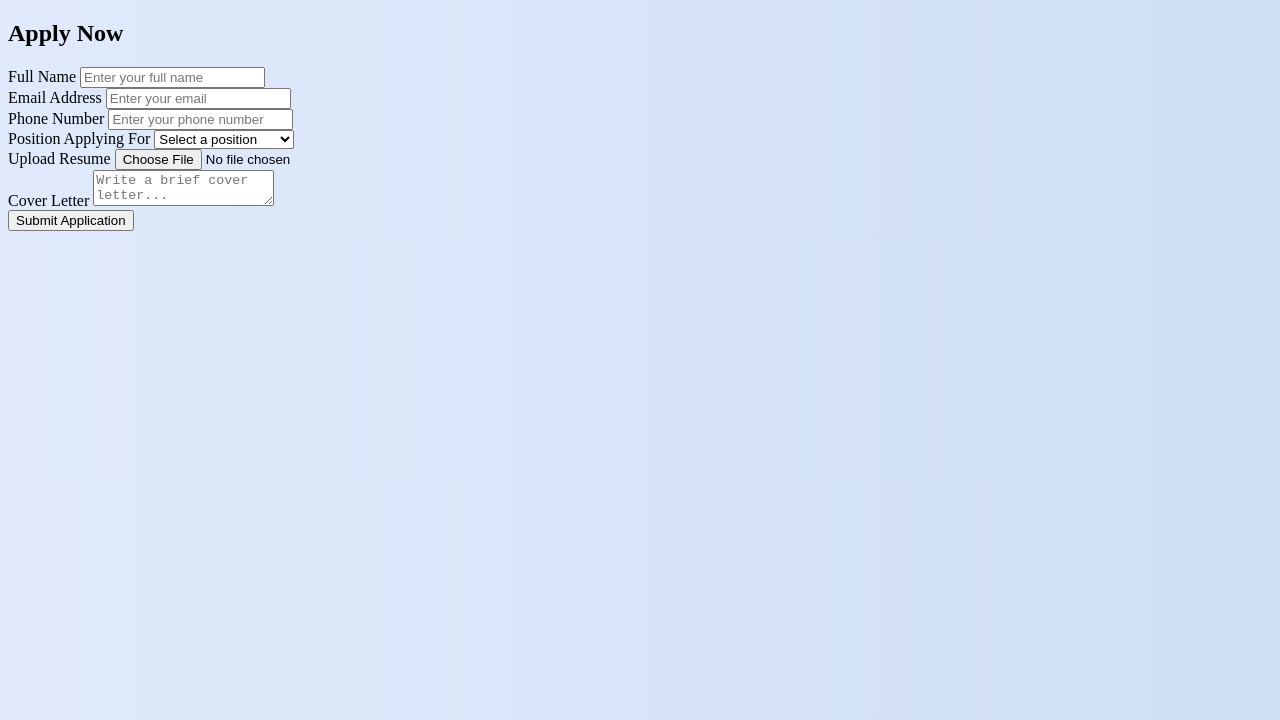
Repository: abhibkop27/CIMDR
Page: src/interview_form.html
These files come from the project's save history. The page is drawn as it stood at one moment and after the next save; the edit follows.
The browser window is 1280 px wide. The pictures show the whole page.

Above is the page before, as saved 2025-01-20 15:49:07.

After the next save:
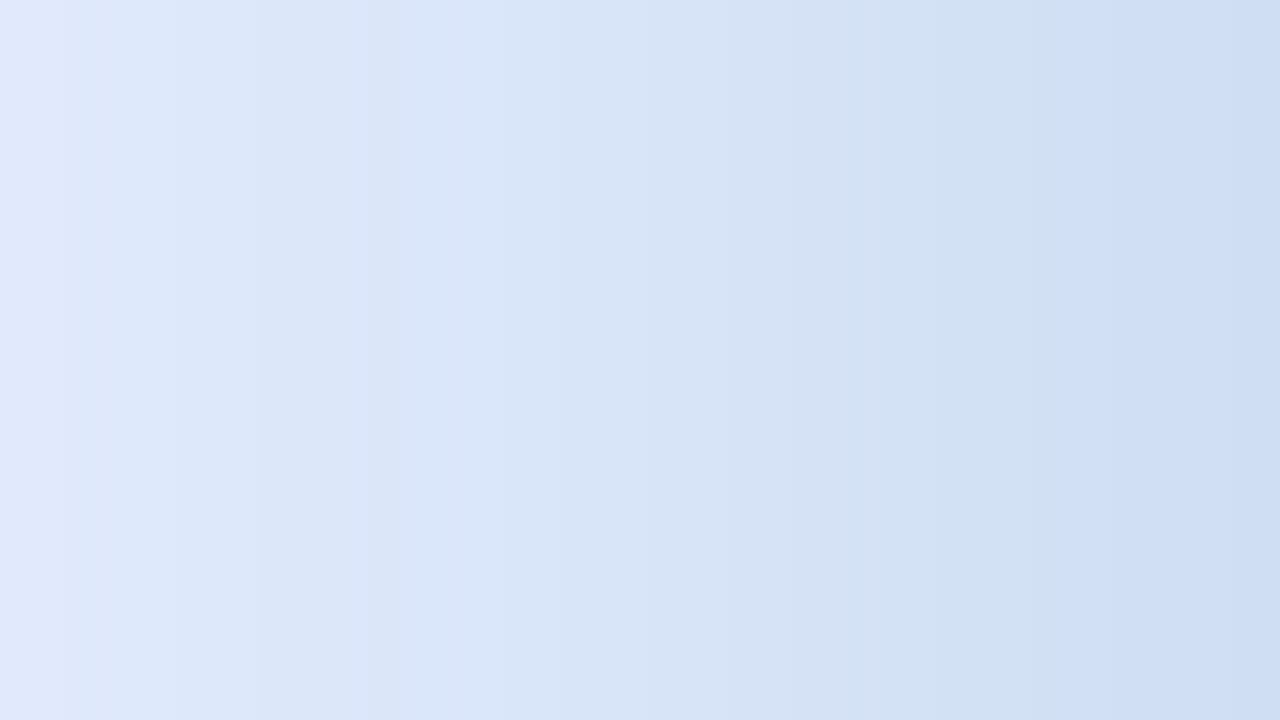
Saved 8 s later.
--- a/src/interview_form.html
+++ b/src/interview_form.html
@@ -18,59 +18,6 @@
 
 
 
-            <div class="form-section">
-              <h2>Apply Now</h2>
-              <form action="https://api.web3forms.com/submit"  method="POST">
-
-
-                  <input type="hidden" name="apikey" value="f366a208-4a55-41c9-8898-09ee06530176">
-
-                  <div class="form-group">
-                      <label for="name">Full Name</label>
-                      <input type="text" id="name" name="name" placeholder="Enter your full name" required>
-
-
-                  </div>
-
-                  <div class="form-group row-fields">
-                    <div class="half-width">
-                        <label for="email">Email Address</label>
-                        <input type="email" id="email" name="email" placeholder="Enter your email" required>
-                    </div>
-                    <div class="half-width">
-                        <label for="phone">Phone Number</label>
-                        <input type="tel" id="phone" name="phone" placeholder="Enter your phone number" required>
-                    </div>
-                </div>
-
-                  <div class="form-group">
-                      <label for="position">Position Applying For</label>
-                      <select id="position" name="position" required>
-                          <option value="">Select a position</option>
-                          <option value="software-developer">Software Developer</option>
-                          <option value="ui-ux-designer">UI/UX Designer</option>
-                          <option value="project-manager">Project Manager</option>
-                          <option value="qa-engineer">QA Engineer</option>
-                      </select>
-                  </div>
-
-                  <div class="form-group">
-                      <label for="resume">Upload Resume</label>
-                      <input type="file" id="resume" name="resume" required>
-                  </div>
-
-                  <div class="form-group">
-                      <label for="message">Cover Letter</label>
-                      <textarea id="message" name="message" placeholder="Write a brief cover letter..." required></textarea>
-                  </div>
-
-                  <div class="form-group">
-                      <button type="submit">Submit Application</button>
-                  </div>
-              </form>
-
-
-          </div>
         </div>
         </div>
       </div>
